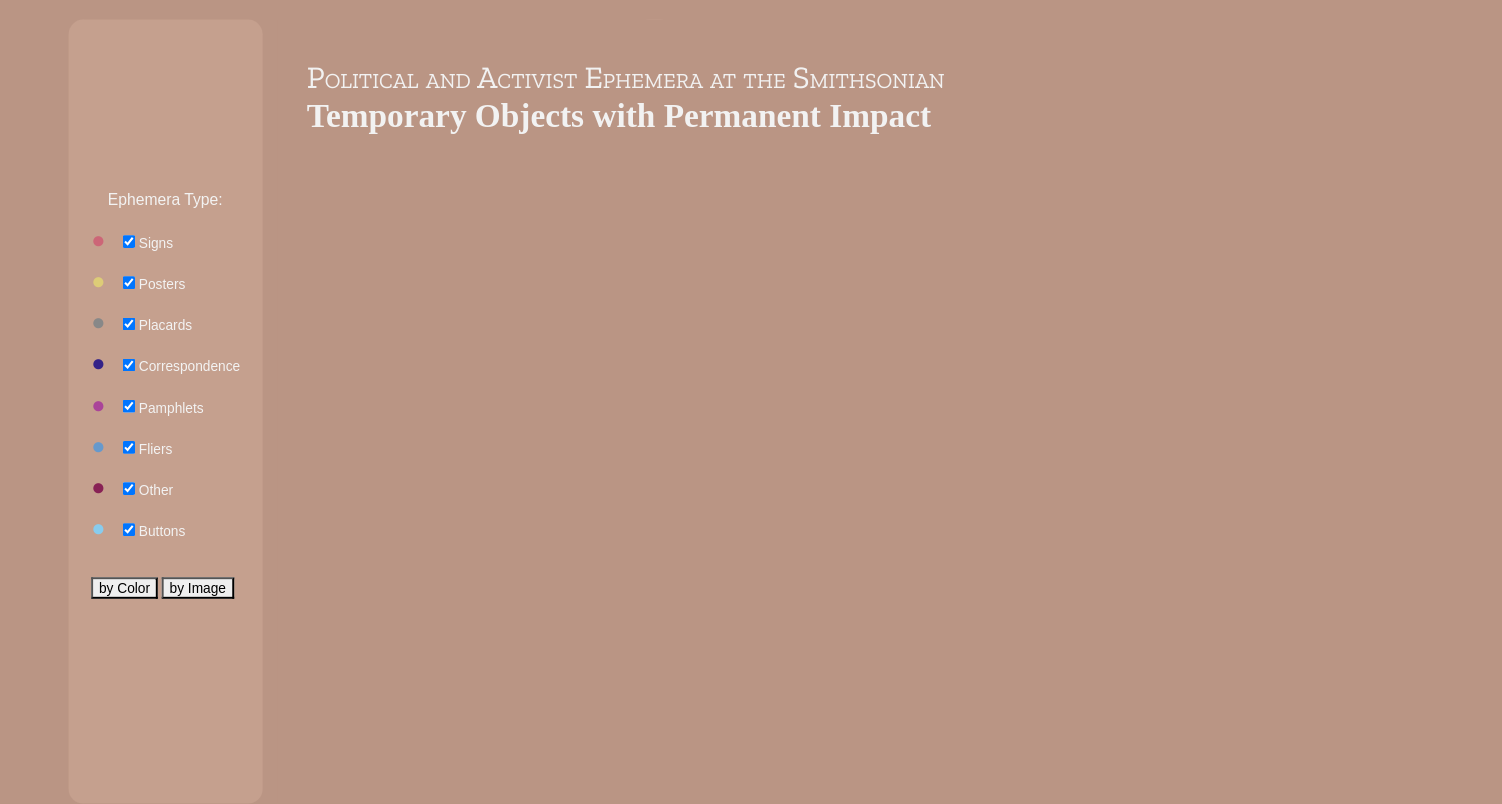
Repository: m0llyc00k/Major-studio-1
Page: Qualitative/examples-beeswarm/index-2.html
The author's editor kept a record of every edit. The page is drawn from the files as they stood at one moment, then again after the next edit.
The browser window is 1280 px wide. The page is 1533 px wide, so the pictures cover 1533 px, including what lies to the right of the window. The pictures show the whole page, at 98% of full size.
The page's requests for data from a server got no answer. Some web fonts or font styles are not loaded; a fallback is used.

Above is the page before.

After the next edit:
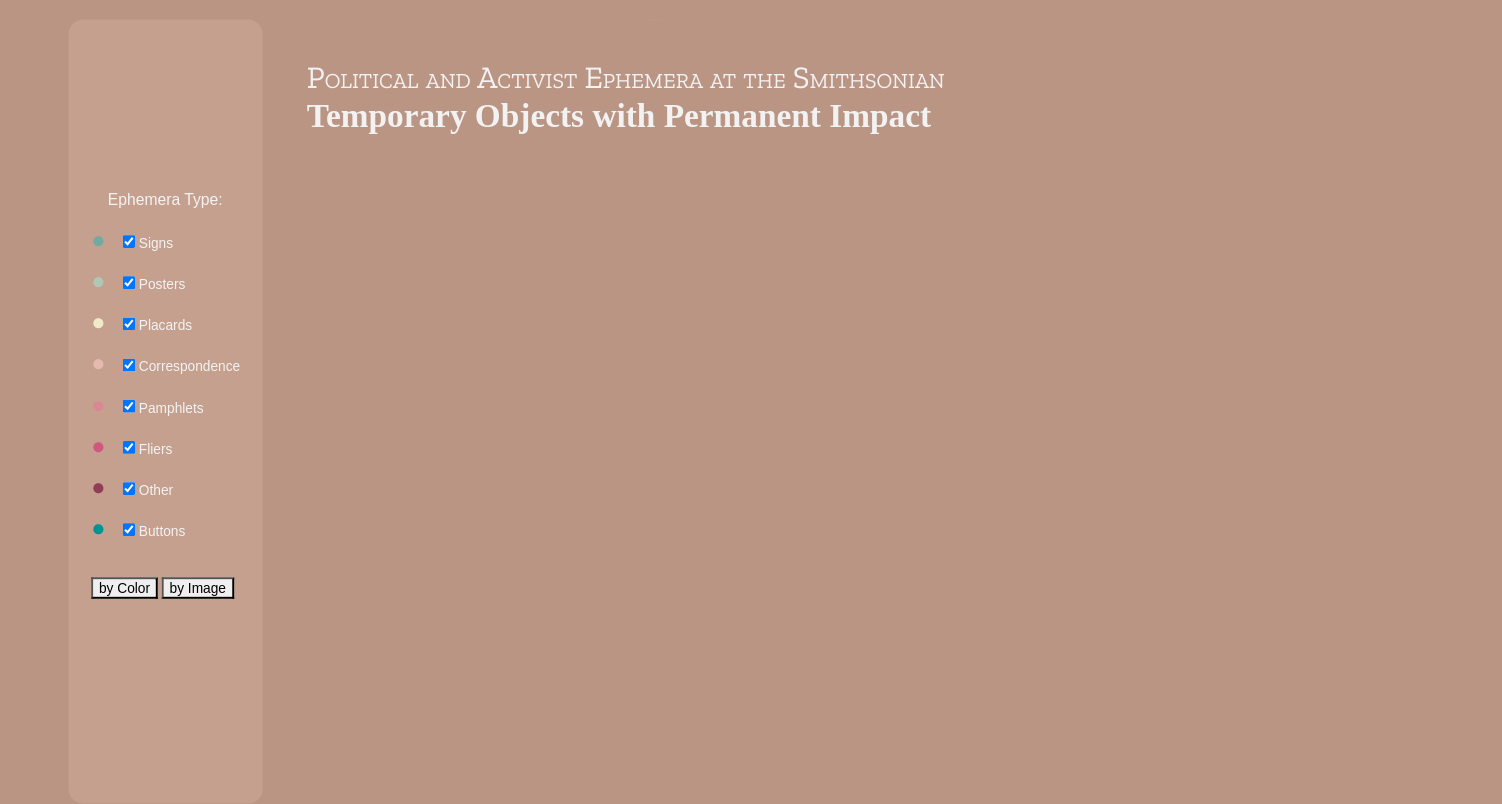
The edit:
--- a/Qualitative/examples-beeswarm/beeswarm-2.js
+++ b/Qualitative/examples-beeswarm/beeswarm-2.js
@@ -29,7 +29,7 @@
 // Colors used for circles depending on typeSort
 let colors = d3.scaleOrdinal()
     .domain(["buttons", "signs", "posters", "placards", "correspondence", "pamphlets", "fliers", "other"])
-    .range(['#88CCEE','#CC6677','#DDCC77','#888888','#332288','#AA4499', '#6699CC', '#882255']);
+    .range(['#009392','#72aaa1','#b1c7b3','#f1eac8','#e5b9ad','#d98994', '#d0587e', '#913d58']);
 
     //#009392,#72aaa1,#b1c7b3,#f1eac8,#e5b9ad,#d98994,#d0587e
 
